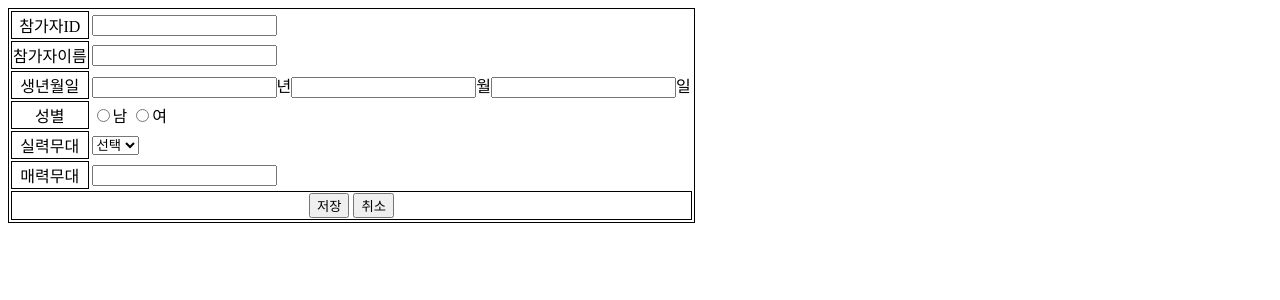
Repository: khs220507/WebClass
Page: prj0828/src/main/webapp/Audition/register.html
The author's editor kept a copy of each file at every save. The page is drawn from the files as they stood at one save, then again after the next save.
The browser window is 1280 px wide. The pictures show the whole page.

Above is the page before, as saved 2023-08-28 08:07:38.

### prj0828/src/main/webapp/Audition/register.html
<!DOCTYPE html>
<html>
<head>
<meta charset="UTF-8">
<title>Insert title here</title>
<link href="./register.css" rel="stylesheet"/>
</head>
<body>
	<table>
		<tr>
			<td>참가자ID</td>
			<td><input type="text"></td>
		</tr>
		<tr>
			<td>참가자이름</td>
			<td><input type="text"></td>
		</tr>
		<tr>
			<td>생년월일</td>
			<td><input type="text">년<input type="text">월<input type="text">일</td>
		</tr>
		<tr>
			<td>성별</td>
			<td><input type="radio">남
			<input type="radio">여</td>
		</tr>
		<tr>
			<td>실력무대</td>
			<td><select>
				<option>선택</option>
				<option>보컬</option>
				<option>댄스</option>
				<option>랩</option>
			</select></td>
		</tr>
		<tr>
			<td>매력무대</td>
			<td><input type="text"></td>
		</tr>
		<tr>
			<td colspan="2"><button>저장</button>
			<button>취소</button></td>

		</tr>
	</table>
</body>
</html>

### prj0828/src/main/webapp/Audition/register.css
@charset "UTF-8";

table{
	border: 1px solid black;
}

td:nth-child(1){
	border: 1px solid black;
	text-align: center;
}

After the next save:
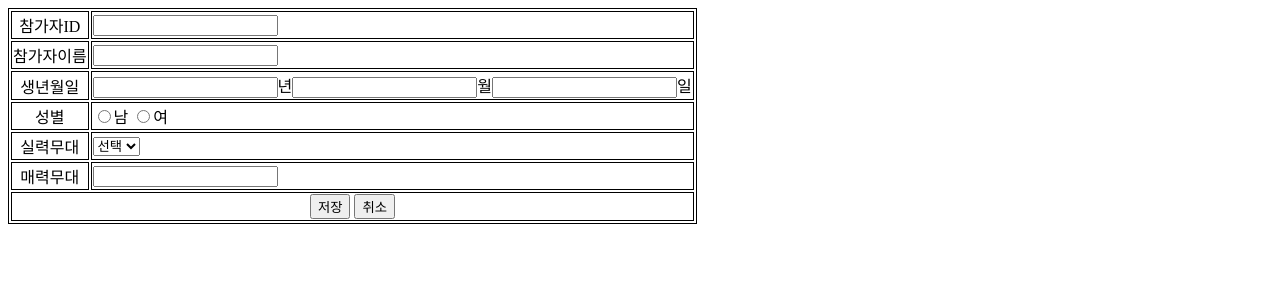
Saved 51 s later.
--- a/prj0828/src/main/webapp/Audition/register.css
+++ b/prj0828/src/main/webapp/Audition/register.css
@@ -8,3 +8,7 @@ td:nth-child(1){
 	border: 1px solid black;
 	text-align: center;
 }
+
+td:nth-child(2){
+	border: 1px solid black;
+}
